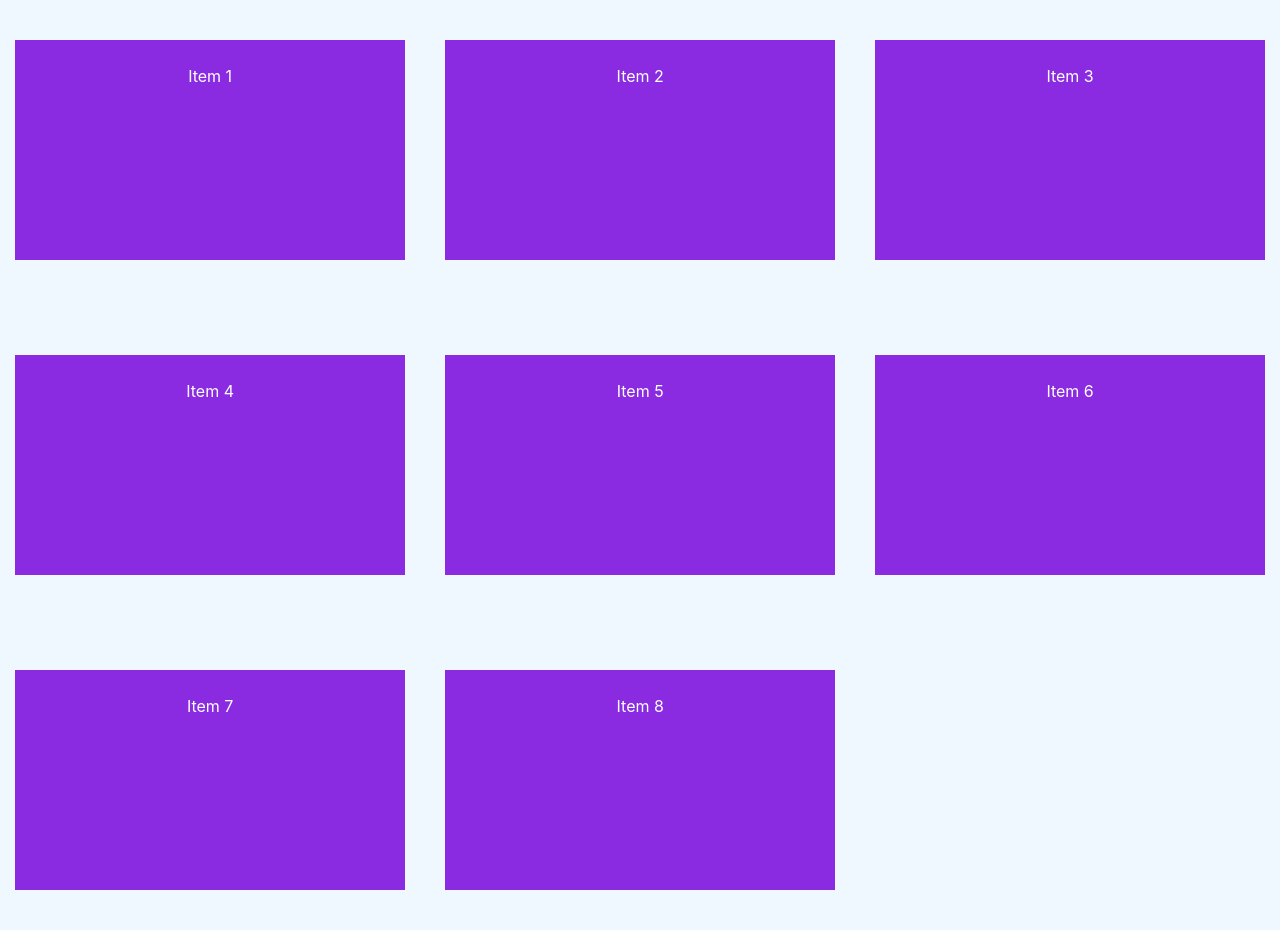
Repository: thai-shriya/anxiety-tracker
Page: /
These files come from the project's save history. The page is drawn as it stood at one moment and after the next save; the edit follows.
The browser window is 1280 px wide. The pictures show the whole page.
The project was rebuilt for these pictures with package versions that can differ from the ones it lists, and the page was loaded fresh each time.

Above is the page before, as saved 2024-04-22 15:15:12.

After the next save:
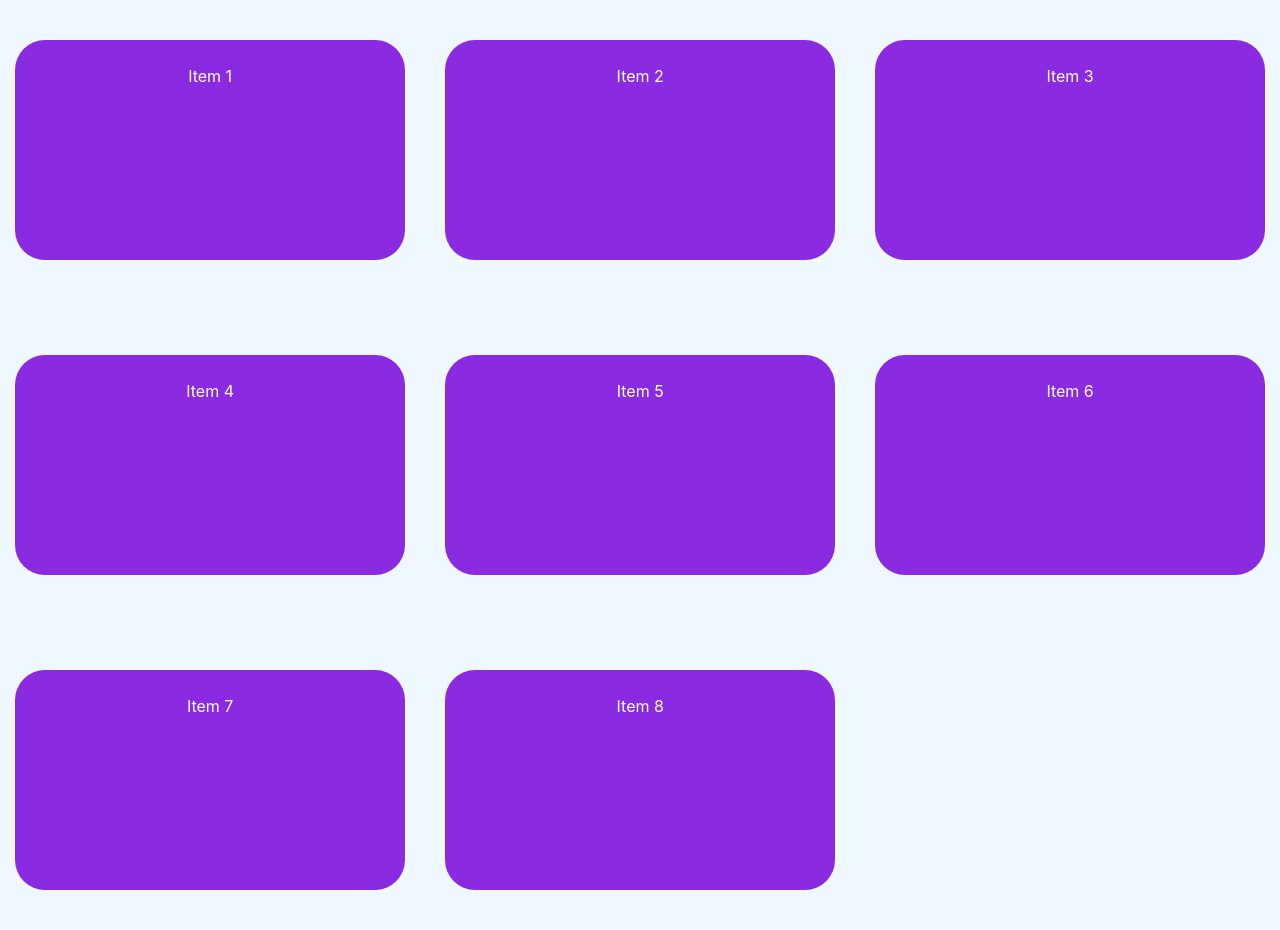
Saved 25 s later.
--- a/src/App.css
+++ b/src/App.css
@@ -14,6 +14,7 @@
   background-color:blueviolet;
   margin: 40px 15px 40px 15px;
   height: 200px;
+  border-radius: 30px;
 }
 
 .grid-item p{
